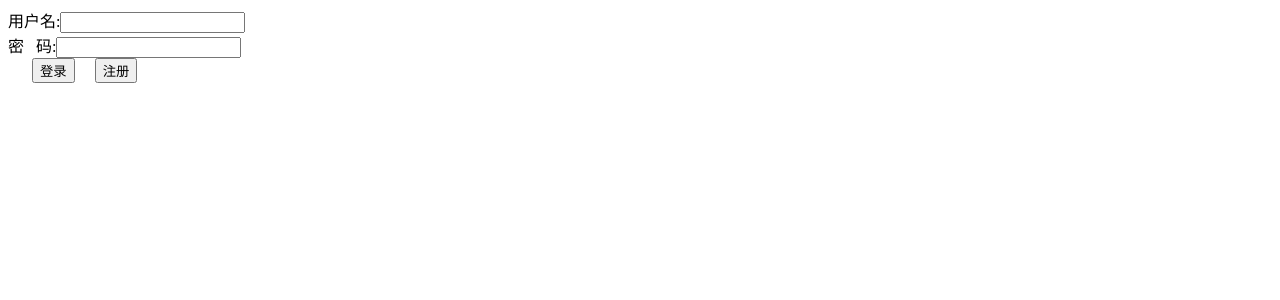
Repository: AAJAAJ/eclipse-workspace
Page: http://localhost/Supermarket/login.jsp
An editor plug-in stored every save of this project. The page is shown before and after the next save, followed by the edit.
The browser window is 1280 px wide. The pictures show the whole page.
The page is served by Tomcat 9. Other server files are loaded and not shown.

Above is the page before, as saved 2019-09-25 10:56:56.

### Supermarket/WebContent/login.jsp
<%@ page language="java" contentType="text/html; charset=UTF-8"
    pageEncoding="UTF-8"%>
<!DOCTYPE html>
<html>
<head>
<meta charset="UTF-8">
<title>Insert title here</title>
</head>
<body>
	<form action="show.jsp" method="post">
		<div id="err"><span></span></div>
		用户名:<input type="text" name="username" id="username" />
		<br />
		密&nbsp;&nbsp;&nbsp;码:<input type="text" name="password" id="password" />
		<br />
		&nbsp;&nbsp;&nbsp;&nbsp;&nbsp;
		<input type="submit" value="登录"/>
		&nbsp;&nbsp;&nbsp;
		<input type="submit" value="注册"/>
		<br />
		<div id="err"><span></span></div>
	</form>
</body>
</html>

After the next save:
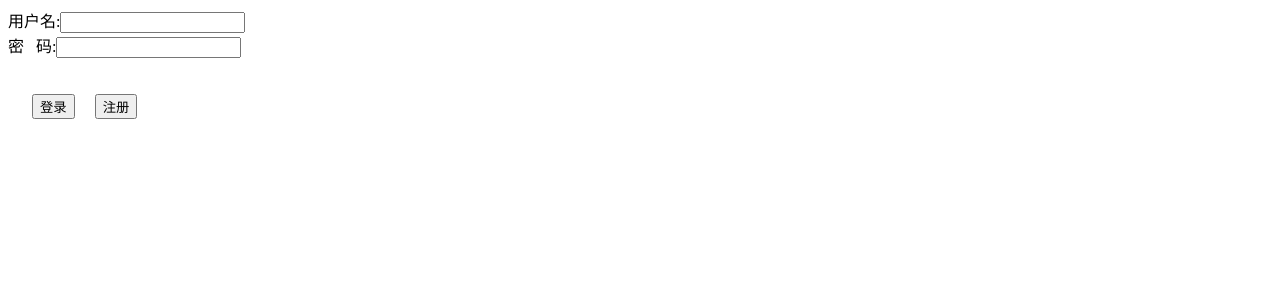
Saved 4 s later.
--- a/Supermarket/WebContent/login.jsp
+++ b/Supermarket/WebContent/login.jsp
@@ -12,7 +12,7 @@
 		用户名:<input type="text" name="username" id="username" />
 		<br />
 		密&nbsp;&nbsp;&nbsp;码:<input type="text" name="password" id="password" />
-		<br />
+		<br /><br /><br />
 		&nbsp;&nbsp;&nbsp;&nbsp;&nbsp;
 		<input type="submit" value="登录"/>
 		&nbsp;&nbsp;&nbsp;
